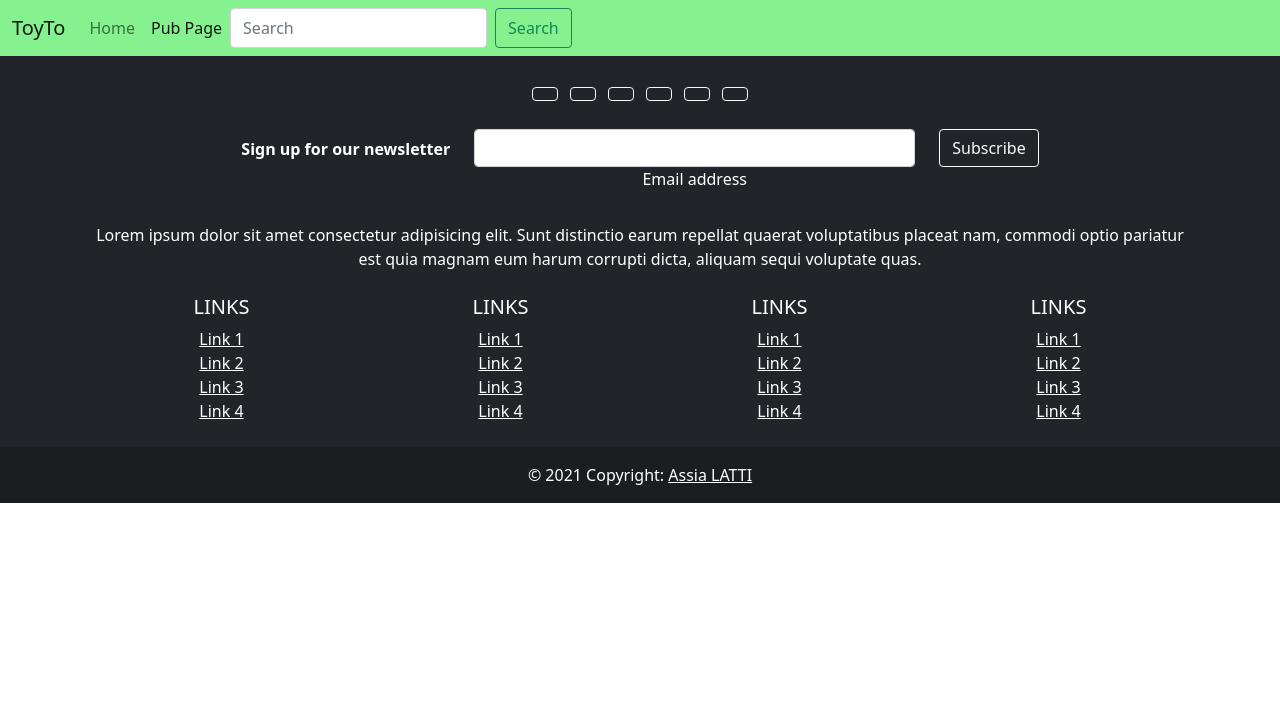
Repository: Omistusama/association
Page: pubpage.html
The author's editor kept a copy of each file at every save. The page is drawn from the files as they stood at one save, then again after the next save.
The browser window is 1280 px wide. The pictures show the whole page.
Some web libraries are served in a nearby version.

Above is the page before, as saved 2021-02-26 10:39:05.

### pubpage.html
<!DOCTYPE html>
<!--
    Page web créé dans le cadre de l'évaluation du 23/02/2021
    Auteur : Assia LATTI
    Email : lattiassia@gmail.com
-->
<html lang="fr">
    <head><meta charset="UTF-8">
        <meta charset="UTF-8"><meta name="author" content="Assia LATTI">
        <meta name="description" content="Découvrez en quoi vos anciens jouets ont été transformés !">
        <meta name="viewport" content="width=device-width, initial-scale=1.0">
        <link href="https://cdn.jsdelivr.net/npm/bootstrap@5.0.0-beta2/dist/css/bootstrap.min.css" rel="stylesheet" integrity="sha384-BmbxuPwQa2lc/FVzBcNJ7UAyJxM6wuqIj61tLrc4wSX0szH/Ev+nYRRuWlolflfl" crossorigin="anonymous">
        <script src="https://cdn.jsdelivr.net/npm/bootstrap@5.0.0-beta2/dist/js/bootstrap.bundle.min.js" integrity="sha384-b5kHyXgcpbZJO/tY9Ul7kGkf1S0CWuKcCD38l8YkeH8z8QjE0GmW1gYU5S9FOnJ0" crossorigin="anonymous"></script>
        <script src="https://cdn.jsdelivr.net/npm/@popperjs/core@2.6.0/dist/umd/popper.min.js" integrity="sha384-KsvD1yqQ1/1+IA7gi3P0tyJcT3vR+NdBTt13hSJ2lnve8agRGXTTyNaBYmCR/Nwi" crossorigin="anonymous"></script>
        <script src="https://cdn.jsdelivr.net/npm/bootstrap@5.0.0-beta2/dist/js/bootstrap.min.js" integrity="sha384-nsg8ua9HAw1y0W1btsyWgBklPnCUAFLuTMS2G72MMONqmOymq585AcH49TLBQObG" crossorigin="anonymous"></script>
        <link href="styles.css" rel="stylesheet" >
        <title>ToyTo - Quand vos Jouets se transforment </title>
    </head>
  <body>
        <header>
            <nav class="navbar navbar-expand-lg navbar-light " style="background-color: #86f18f;">
                <div class="container-fluid">
                  <a class="navbar-brand" href="#">ToyTo</a>
                  <button class="navbar-toggler" type="button" data-bs-toggle="collapse" data-bs-target="#navbarSupportedContent" aria-controls="navbarSupportedContent" aria-expanded="false" aria-label="Toggle navigation">
                    <span class="navbar-toggler-icon"></span>
                  </button>
                  <div class="collapse navbar-collapse" id="navbarSupportedContent">
                    <ul class="navbar-nav me-auto mb-2 mb-lg-0">
                      <li class="nav-item">
                        <a class="nav-link" aria-current="page" href="#">Home</a>
                      </li>
                      <li class="nav-item">
                        <a class="nav-link active" href="#">Pub Page</a>
                      </li>
                    <form class="d-flex">
                      <input class="form-control me-2" type="search" placeholder="Search" aria-label="Search">
                      <button class="btn btn-outline-success" type="submit">Search</button>
                    </form>
                  </div>
                </div>
              </nav>
        </header>
        <div class="container">

        </div>
        <!-- Footer -->
        <footer class="bg-dark text-center text-white">
            <!-- Grid container -->
            <div class="container p-4">
            <!-- Section: Social media -->
            <section class="mb-4">
                <!-- Facebook -->
                <a class="btn btn-outline-light btn-floating m-1" href="#!" role="button"><i class="fab fa-facebook-f"></i></a>

                <!-- Twitter -->
                <a class="btn btn-outline-light btn-floating m-1" href="#!" role="button"
                ><i class="fab fa-twitter"></i
                ></a>

                <!-- Google -->
                <a class="btn btn-outline-light btn-floating m-1" href="#!" role="button"
                ><i class="fab fa-google"></i
                ></a>

                <!-- Instagram -->
                <a class="btn btn-outline-light btn-floating m-1" href="#!" role="button"
                ><i class="fab fa-instagram"></i
                ></a>

                <!-- Linkedin -->
                <a class="btn btn-outline-light btn-floating m-1" href="#!" role="button"
                ><i class="fab fa-linkedin-in"></i
                ></a>

                <!-- Github -->
                <a class="btn btn-outline-light btn-floating m-1" href="#!" role="button"
                ><i class="fab fa-github"></i
                ></a>
            </section>
            <!-- Section: Social media -->

            <!-- Section: Form -->
            <section class="">
                <form action="">
                <!--Grid row-->
                <div class="row d-flex justify-content-center">
                    <!--Grid column-->
                    <div class="col-auto">
                    <p class="pt-2">
                        <strong>Sign up for our newsletter</strong>
                    </p>
                    </div>
                    <!--Grid column-->

                    <!--Grid column-->
                    <div class="col-md-5 col-12">
                    <!-- Email input -->
                    <div class="form-outline form-white mb-4">
                        <input type="email" id="form5Example2" class="form-control" />
                        <label class="form-label" for="form5Example2">Email address</label>
                    </div>
                    </div>
                    <!--Grid column-->

                    <!--Grid column-->
                    <div class="col-auto">
                    <!-- Submit button -->
                    <button type="submit" class="btn btn-outline-light mb-4">
                        Subscribe
                    </button>
                    </div>
                    <!--Grid column-->
                </div>
                <!--Grid row-->
                </form>
            </section>
            <!-- Section: Form -->

            <!-- Section: Text -->
            <section class="mb-4">
                <p>
                Lorem ipsum dolor sit amet consectetur adipisicing elit. Sunt distinctio earum
                repellat quaerat voluptatibus placeat nam, commodi optio pariatur est quia magnam
                eum harum corrupti dicta, aliquam sequi voluptate quas.
                </p>
            </section>
            <!-- Section: Text -->

            <!-- Section: Links -->
            <section class="">
                <!--Grid row-->
                <div class="row">
                <!--Grid column-->
                <div class="col-lg-3 col-md-6 mb-4 mb-md-0">
                    <h5 class="text-uppercase">Links</h5>

                    <ul class="list-unstyled mb-0">
                    <li>
                        <a href="#!" class="text-white">Link 1</a>
                    </li>
                    <li>
                        <a href="#!" class="text-white">Link 2</a>
                    </li>
                    <li>
                        <a href="#!" class="text-white">Link 3</a>
                    </li>
                    <li>
                        <a href="#!" class="text-white">Link 4</a>
                    </li>
                    </ul>
                </div>
                <!--Grid column-->

                <!--Grid column-->
                <div class="col-lg-3 col-md-6 mb-4 mb-md-0">
                    <h5 class="text-uppercase">Links</h5>

                    <ul class="list-unstyled mb-0">
                    <li>
                        <a href="#!" class="text-white">Link 1</a>
                    </li>
                    <li>
                        <a href="#!" class="text-white">Link 2</a>
                    </li>
                    <li>
                        <a href="#!" class="text-white">Link 3</a>
                    </li>
                    <li>
                        <a href="#!" class="text-white">Link 4</a>
                    </li>
                    </ul>
                </div>
                <!--Grid column-->

                <!--Grid column-->
                <div class="col-lg-3 col-md-6 mb-4 mb-md-0">
                    <h5 class="text-uppercase">Links</h5>

                    <ul class="list-unstyled mb-0">
                    <li>
                        <a href="#!" class="text-white">Link 1</a>
                    </li>
                    <li>
                        <a href="#!" class="text-white">Link 2</a>
                    </li>
                    <li>
                        <a href="#!" class="text-white">Link 3</a>
                    </li>
                    <li>
                        <a href="#!" class="text-white">Link 4</a>
                    </li>
                    </ul>
                </div>
                <!--Grid column-->

                <!--Grid column-->
                <div class="col-lg-3 col-md-6 mb-4 mb-md-0">
                    <h5 class="text-uppercase">Links</h5>

                    <ul class="list-unstyled mb-0">
                    <li>
                        <a href="#!" class="text-white">Link 1</a>
                    </li>
                    <li>
                        <a href="#!" class="text-white">Link 2</a>
                    </li>
                    <li>
                        <a href="#!" class="text-white">Link 3</a>
                    </li>
                    <li>
                        <a href="#!" class="text-white">Link 4</a>
                    </li>
                    </ul>
                </div>
                <!--Grid column-->
                </div>
                <!--Grid row-->
            </section>
            <!-- Section: Links -->
            </div>
            <!-- Grid container -->

            <!-- Copyright -->
            <div class="text-center p-3" style="background-color: rgba(0, 0, 0, 0.2);">
            © 2021 Copyright:
            <a class="text-white" href="">Assia LATTI</a>
            </div>
            <!-- Copyright -->
        </footer>
        <!-- Footer -->
    </body>
</html>

### styles.css
.image {
  display: block;
  width: 100%;
  height: auto;
}
/* .container {
  position: relative;
  width: 100%;
}



.overlay {
  position: absolute;
  top: 0;
  bottom: 0;
  left: 0;
  right: 0;
  height: 100%;
  width: 100%;
  opacity: 0;
  transition: .5s ease;
  background-color: #2bba00;
}

.container:hover .overlay {
  opacity: 1;
}

.text {
  color: white;
  font-size: 20px;
  position: absolute;
  top: 50%;
  left: 50%;
  -webkit-transform: translate(-50%, -50%);
  -ms-transform: translate(-50%, -50%);
  transform: translate(-50%, -50%);
  text-align: center;
} */

h1 {
  color: #224724;
}

.hovereffect {
  width: 100%;
  height: 100%;
  float: left;
  overflow: hidden;
  position: relative;
  text-align: center;
  cursor: default;
}

.hovereffect .overlay {
  position: absolute;
  overflow: hidden;
  width: 80%;
  height: 80%;
  left: 10%;
  top: 10%;
  border-bottom: 1px solid #FFF;
  border-top: 1px solid #FFF;
  -webkit-transition: opacity 0.35s, -webkit-transform 0.35s;
  transition: opacity 0.35s, transform 0.35s;
  -webkit-transform: scale(0,1);
  -ms-transform: scale(0,1);
  transform: scale(0,1);
}

.hovereffect:hover .overlay {
  opacity: 1;
  filter: alpha(opacity=100);
  -webkit-transform: scale(1);
  -ms-transform: scale(1);
  transform: scale(1);
}

.hovereffect img {
  display: block;
  position: relative;
  -webkit-transition: all 0.35s;
  transition: all 0.35s;
}

.hovereffect:hover img {
  filter: url('data:[embedded picture, 304 characters]');
  filter: brightness(0.6);
  -webkit-filter: brightness(0.6);
}

.hovereffect h2 {
  text-transform: uppercase;
  text-align: center;
  position: relative;
  font-size: 17px;
  background-color: transparent;
  color: #FFF;
  padding: 1em 0;
  opacity: 0;
  filter: alpha(opacity=0);
  -webkit-transition: opacity 0.35s, -webkit-transform 0.35s;
  transition: opacity 0.35s, transform 0.35s;
  -webkit-transform: translate3d(0,-100%,0);
  transform: translate3d(0,-100%,0);
}

.hovereffect a, .hovereffect p {
  color: #FFF;
  padding: 1em 0;
  opacity: 0;
  filter: alpha(opacity=0);
  -webkit-transition: opacity 0.35s, -webkit-transform 0.35s;
  transition: opacity 0.35s, transform 0.35s;
  -webkit-transform: translate3d(0,100%,0);
  transform: translate3d(0,100%,0);
}

.hovereffect:hover a, .hovereffect:hover p, .hovereffect:hover h2 {
  opacity: 1;
  filter: alpha(opacity=100);
  -webkit-transform: translate3d(0,0,0);
  transform: translate3d(0,0,0);
}

After the next save:
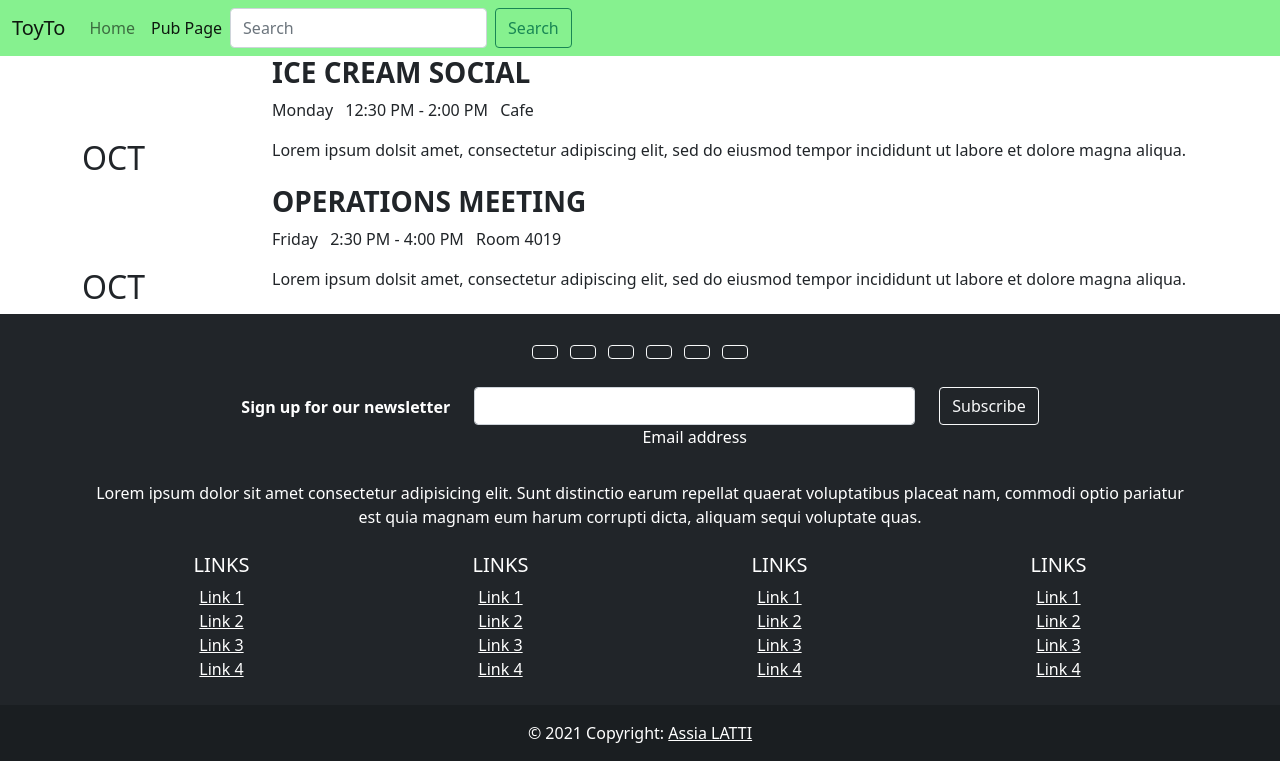
Saved 47 min 48 s later.
--- a/pubpage.html
+++ b/pubpage.html
@@ -41,7 +41,36 @@
               </nav>
         </header>
         <div class="container">
-
+            <div class="row row-striped">
+                <div class="col-2 text-right">
+                    <h1 class="display-4"><span class="badge badge-secondary">23</span></h1>
+                    <h2>OCT</h2>
+                </div>
+                <div class="col-10">
+                    <h3 class="text-uppercase"><strong>Ice Cream Social</strong></h3>
+                    <ul class="list-inline">
+                        <li class="list-inline-item"><i class="fa fa-calendar-o" aria-hidden="true"></i> Monday</li>
+                        <li class="list-inline-item"><i class="fa fa-clock-o" aria-hidden="true"></i> 12:30 PM - 2:00 PM</li>
+                        <li class="list-inline-item"><i class="fa fa-location-arrow" aria-hidden="true"></i> Cafe</li>
+                    </ul>
+                    <p>Lorem ipsum dolsit amet, consectetur adipiscing elit, sed do eiusmod tempor incididunt ut labore et dolore magna aliqua.</p>
+                </div>
+            </div>
+            <div class="row row-striped">
+                <div class="col-2 text-right">
+                    <h1 class="display-4"><span class="badge badge-secondary">27</span></h1>
+                    <h2>OCT</h2>
+                </div>
+                <div class="col-10">
+                    <h3 class="text-uppercase"><strong>Operations Meeting</strong></h3>
+                    <ul class="list-inline">
+                        <li class="list-inline-item"><i class="fa fa-calendar-o" aria-hidden="true"></i> Friday</li>
+                        <li class="list-inline-item"><i class="fa fa-clock-o" aria-hidden="true"></i> 2:30 PM - 4:00 PM</li>
+                        <li class="list-inline-item"><i class="fa fa-location-arrow" aria-hidden="true"></i> Room 4019</li>
+                    </ul>
+                    <p>Lorem ipsum dolsit amet, consectetur adipiscing elit, sed do eiusmod tempor incididunt ut labore et dolore magna aliqua.</p>
+                </div>
+            </div>
         </div>
         <!-- Footer -->
         <footer class="bg-dark text-center text-white">
